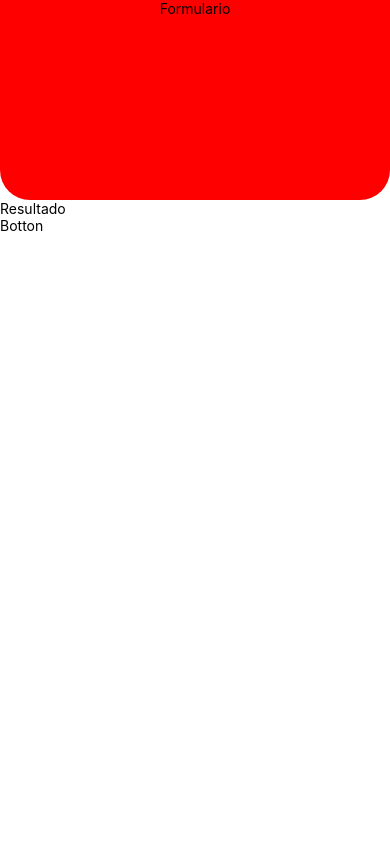
Repository: AleMicky/vagogo
Screen: /
These files come from the project's save history. The screen is drawn as it stood at one moment and after a run of saves; the edit follows.
The app was drawn by React Native's web renderer in a window 390 px wide. The project was rebuilt for these pictures with package versions that can differ from the ones it lists, and the page was loaded fresh each time.

Above is the screen before, as saved 2020-06-23 04:47:02.

### App.js
import React from 'react'
import { View, StyleSheet, Text, SafeAreaView } from 'react-native'

export default function App() {
  return (
    <>
      <SafeAreaView style={styles.sefaArea}>
        <Text>Formulario</Text>
      </SafeAreaView>
      <View>
        <Text>Resultado</Text>
      </View>
      <View>
        <Text>Botton</Text>
      </View>
    </>
  )
}

const styles = StyleSheet.create({
  sefaArea:{
    backgroundColor:'red',
    height:200,
    borderBottomLeftRadius:30,
    borderBottomRightRadius:30,
    alignItems:'center'
  }
})

### src/utils/color.js

export default {
    PRIMARY_COLOR = '#fbc02d',
    PRIMARY_COLOR_DARK = '#c49000'
}

After the next 3 saves:
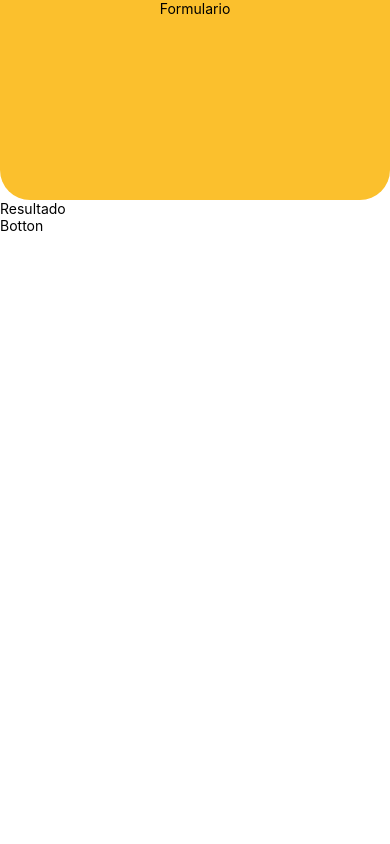
The 3 saves are shown as one change because 2 did not build or start.
The last was saved 2 min 46 s later.
--- a/App.js
+++ b/App.js
@@ -1,6 +1,6 @@
 import React from 'react'
 import { View, StyleSheet, Text, SafeAreaView } from 'react-native'
-
+import color from './src/utils/color'
 export default function App() {
   return (
     <>
@@ -19,7 +19,7 @@ export default function App() {
 
 const styles = StyleSheet.create({
   sefaArea:{
-    backgroundColor:'red',
+    backgroundColor: color.PRIMARY_COLOR,
     height:200,
     borderBottomLeftRadius:30,
     borderBottomRightRadius:30,
--- a/src/utils/color.js
+++ b/src/utils/color.js
@@ -1,5 +1,5 @@
 
 export default {
-    PRIMARY_COLOR = '#fbc02d',
-    PRIMARY_COLOR_DARK = '#c49000'
+    PRIMARY_COLOR : '#fbc02d',
+    PRIMARY_COLOR_DARK : '#c49000'
 }
